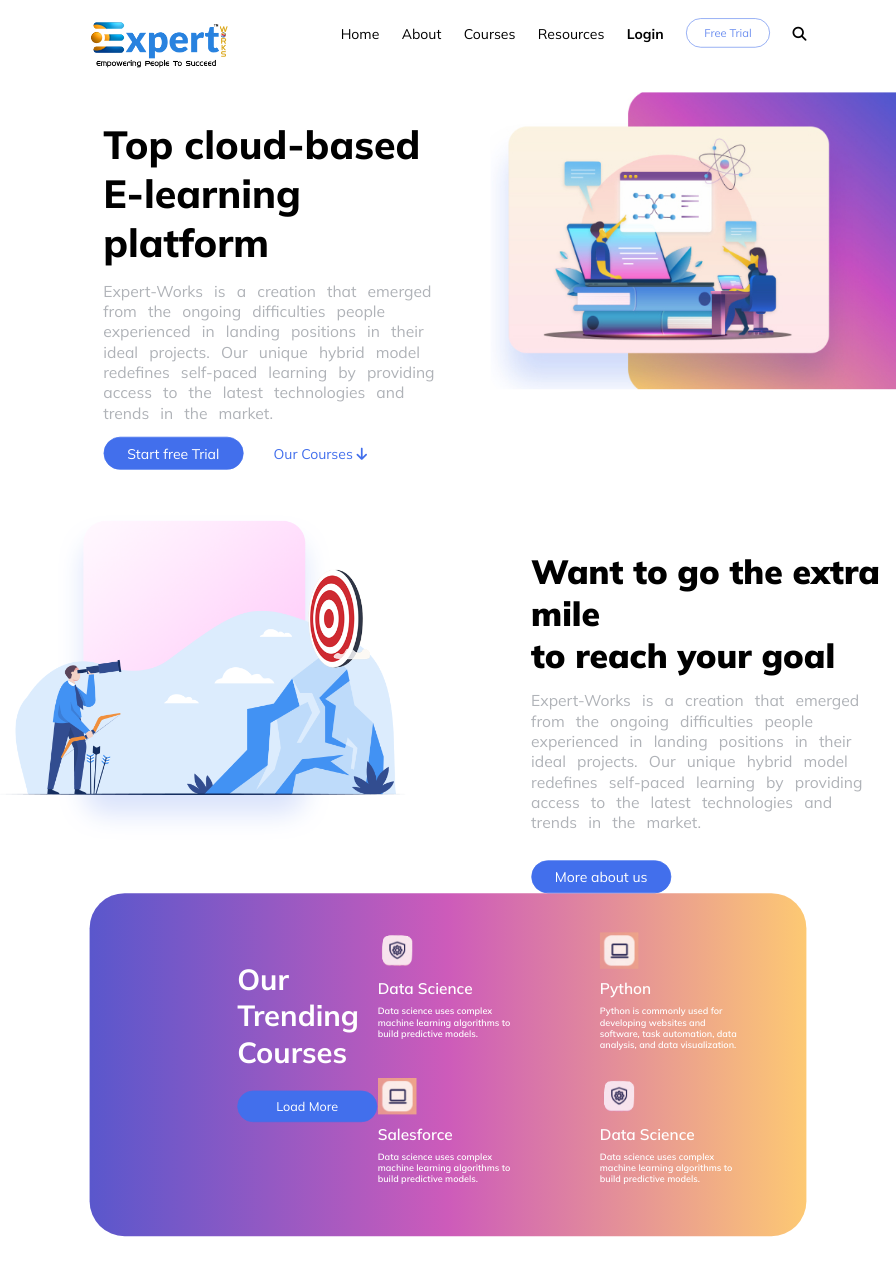
Repository: FlyweisReact/Raghu-B2C
Page: /homePage
The author's editor kept a copy of each file at every save. The page is drawn from the files as they stood at one save, then again after the next save.
The browser window is 1280 px wide. The pictures show the whole page, at 70% of full size.
Some web libraries are served in a nearby version. The project was rebuilt for these pictures with package versions that can differ from the ones it lists, and the page was loaded fresh each time. Also part of the build but not shown: src/Footer/footer.scss, src/Footer/Footer.jsx, src/component/pages/courses/course.scss, src/component/Navbar/nav.scss, src/component/Navbar/Nav.jsx, src/component/navigation/NavItems.js, src/component/navigation/Dropdown.css, src/component/navigation/Dropdown.js and 43 more.

Above is the page before, as saved 2023-02-03 16:24:08.

### public/index.html
<!DOCTYPE html>
<html lang="en">
  <head>
    <meta charset="utf-8" />
    <link rel="icon" href="%PUBLIC_URL%/favicon.ico" />
    <meta name="viewport" content="width=device-width, initial-scale=1" />
    <meta name="theme-color" content="#000000" />
    <meta
      name="description"
      content="Web site created using create-react-app"
    />
    <link rel="apple-touch-icon" href="%PUBLIC_URL%/logo192.png" />
    <link href="https://fonts.googleapis.com/css2?family=Mulish:ital,wght@0,200;0,300;0,400;0,500;0,600;0,700;0,800;0,900;1,200;1,300;1,400;1,500;1,600;1,700;1,800&display=swap" rel="stylesheet">
    <link rel="manifest" href="%PUBLIC_URL%/manifest.json" />
    <title>Educational Web</title>
  </head>
  <body>
    <noscript>You need to enable JavaScript to run this app.</noscript>
    <div id="root"></div>
    <script src="https://kit.fontawesome.com/b533b351e4.js" crossorigin="anonymous"></script>
  </body>
</html>

### src/index.js
/** @format */

import React from "react";
import ReactDOM from "react-dom";
import { BrowserRouter } from "react-router-dom";
import App from "./App";

ReactDOM.render(
  <React.StrictMode>
    <BrowserRouter>
      <App />
    </BrowserRouter>
  </React.StrictMode>,
  document.getElementById("root")
);

### src/App.js
/** @format */

import { Routes, Route } from "react-router-dom";
import "./App.css";
import "./component/common.scss";
import Courses from "./component/pages/courses/Courses";
import Home from "./component/Home";
import Programs from "./component/pages/Programs/Programs";
import Login from "./component/pages/LoginPage/Login";
import CreateAccount from "./component/pages/CreateAccount/CreateAccount";
import UsertakenCourses from "./component/pages/UserTakenCourses/UsertakenCourses";
import ExploreMore from "./component/pages/morecourses/ExploreMore";
import Forgot from "./component/pages/forgotPassword/Forgot";
import OTP from "./component/pages/otp/OTP";
import Reset from "./component/pages/reset/Reset";
import ViewCourses from "./component/pages/viewCourses/ViewCourses";
import SignUpOtp from "./component/pages/signUpOtp/SignUpOtp"
import MyCourse from "./component/pages/Mycourse/MyCourse";
import MyCourseDesc from "./component/pages/Mycourse/MyCourseDesc";
import FreeTrial from "./component/pages/FreeTrial/FreeTrial";
import Subscription from "./component/pages/FreeTrial/Subscription";
import Billing from "./component/pages/FreeTrial/Billing";
import ThankYOu from "./component/pages/FreeTrial/ThankYOu";
import HomePage from "./HomePage";

function App() {
  const user = false;

  return (
    <div className="App">
      <Routes>
        <Route exect path="/" element={<Login />} />
        <Route exect path="/emailVerify" element={<Forgot />} />
        <Route exect path="/otp" element={<OTP />} />
        <Route exect path="/reset" element={<Reset />} />
        <Route exect path="/cources" element={<Courses />} />
        <Route exect path="/viewCourses" element={<ViewCourses />} />
        <Route exect path="/program" element={<Programs />} />
        <Route exect path="/home" element={<Home user={user} />} />
        <Route exect path="/create-acount" element={<CreateAccount />} />
        <Route exect path="/signUpOtp" element={<SignUpOtp />} />
        <Route exect path="/user" element={<UsertakenCourses />} />
        <Route exect path="/explore" element={<ExploreMore />} />
        <Route exect path="/myCourse" element={<MyCourse />} />
        <Route exect path="/myCourse/:id" element={<MyCourseDesc />} />
        <Route  exect path="/trial" element={<FreeTrial />} />
        <Route  exect path="/subscription" element={<Subscription />} />
        <Route  exect path="/billing" element={<Billing />} />
        <Route  exect path="/thank" element={<ThankYOu />} />
        <Route  exect path="/homePage" element={<HomePage />} />





      </Routes>
    </div>
  );
}

export default App;

### src/App.css
*{
  margin: 0;
  padding: 0;
  box-sizing: border-box;
  font-family: 'Mulish', sans-serif;
}
.hello{
  color:#7ABCFF;
color:  #3284D6;
color:  #D1E8FF;

}

### src/component/common.scss
.links{
    text-decoration: none;
    color: #fff;
    overflow-x: hidden;
}

*{
    // overflow-x: hidden;
    scroll-behavior: smooth;
}

### src/HomePage.js
/** @format */

import React from "react";
import "./HomePage.css";
// Images
import img from "./images/logo.png";
import img1 from './images/1st image.png'
import img2 from './images/2nd image.png'
import img3 from './images/Home.png'
import img4 from './images/icon.png'
import img5 from './images/Home (2).png'

const HomePage = () => {
  return (
    <>
      <div className="HomeNewnav">
        <div className="left">
          <img src={img} alt="" />
        </div>
        <div className="right">
          <ul>
            <li>Home</li>
            <li>About </li>
            <li>Courses</li>
            <li>Resources</li>
            <li style={{ fontWeight: "bold" }}>Login</li>
            <button>Free Trial</button>
            <li>
              <i class="fa-solid fa-magnifying-glass"></i>
            </li>
          </ul>
        </div>
      </div>

      <div className="mainSecTwo">
        <div className="left">
          <p className="head">
            Top cloud-based <br /> E-learning platform{" "}
          </p>
          <p className="desc">
            Expert-Works is a creation that emerged from the ongoing
            difficulties people experienced in landing positions in their ideal
            projects. Our unique hybrid model redefines self-paced learning by
            providing access to the latest technologies and trends in the
            market.
          </p>
          <div className="btns">
            <button
              style={{
                backgroundColor: "#426fec",
                color: "#fff",
                width: "200px",
                border: "1px solid #426fec",
                fontSize: "20px",
                borderRadius: "50px",
                padding: "10px",
              }}
            >
              Start free Trial
            </button>
            <button
              style={{
                backgroundColor: "#fff",
                color: "#426fec",
                width: "200px",
                border: "none",
                fontSize: "20px",
                borderRadius: "50px",
                padding: "10px",
              }}
            >
              Our Courses <i class="fa-solid fa-arrow-down"></i>
            </button>
          </div>
        </div>
        <div className="right">
          <img
            src={img3}
            alt=""
          />
        </div>
      </div>

      <div className="mainSecTwo2">
        <div className="left">
          <img
            src={img2}
            alt=""
          />
        </div>
        <div className="right">
          <p className="head">
            Want to go the extra mile <br />
            to reach your goal
          </p>
          <p className="desc">
            Expert-Works is a creation that emerged from the ongoing
            difficulties people experienced in landing positions in their ideal
            projects. Our unique hybrid model redefines self-paced learning by
            providing access to the latest technologies and trends in the
            market.
          </p>
          <div className="btns">
            <button
              style={{
                backgroundColor: "#426fec",
                color: "#fff",
                width: "200px",
                border: "1px solid #426fec",
                fontSize: "20px",
                borderRadius: "50px",
                padding: "10px",
              }}
            >
              More about us
            </button>
          </div>
        </div>
      </div>

      <div className="centerMainDiv">
        <div className="left">
          <p className="head">
            Our <br /> Trending <br /> Courses
          </p>{" "}
          <button
            style={{
              backgroundColor: "#426fec",
              color: "#fff",
              width: "200px",
              border: "1px solid #426fec",
              fontSize: "18px",
              borderRadius: "50px",
              padding: "10px",
              marginTop : '30px'
            }}
          >
           Load More
          </button>
        </div>
        <div className="right">
            <div className="group">
                <div>
                    <img src={img4} alt='' />
                    <p className="head">Data Science</p>
                    <p className="desc">Data science uses complex machine learning algorithms to build predictive models.</p>
                </div>
                <div>
                    <img src={img5} alt='' />
                    <p className="head">Python</p>
                    <p className="desc">Python is commonly used for developing websites and software, task automation, data analysis, and data visualization.</p>
                </div>
            </div>
            <div className="group">
                <div>
                    <img src={img5} alt='' />
                    <p className="head">Salesforce</p>
                    <p className="desc">Data science uses complex machine learning algorithms to build predictive models.</p>
                </div>
                <div>
                    <img src={img4} alt='' />
                    <p className="head">Data Science</p>
                    <p className="desc">Data science uses complex machine learning algorithms to build predictive models.</p>
                </div>
            </div>
        </div>
      </div>
    </>
  );
};

export default HomePage;

### src/HomePage.css
/** @format */

.HomeNewnav {
  display: flex;
  justify-content: space-between;
  width: 80%;
  margin-left: 10%;
  margin-top: 2%;
}
.HomeNewnav .left img {
  width: 200px;
}
.HomeNewnav .right ul {
  display: flex;
  gap: 2rem;
}
.HomeNewnav .right ul li {
  list-style: none;
  font-size: 20px;
  margin-top: 10px;
}
.HomeNewnav .right ul button {
  width: 120px;
  font-size: 16px;
  margin-top: 0;
  border: 1px solid #6e90f0;
  color: #6e90f0;
  background-color: #fff;

  padding: 10px;
  border-radius: 50px;
}
.HomeNewnav .right ul li:hover {
  color: #6e90f0;
  cursor: pointer;
}

.mainSecTwo {
  display: flex;
  margin-top: 2%;
  gap: 2rem;
  justify-content: space-between;
}
.mainSecTwo .left {
  width: 50%;
  margin-left: 7%;
  margin-top: 3%;
}
.mainSecTwo .right {
  width: 50%;
}
.mainSecTwo .right img {
  width: 100%;
}
.mainSecTwo .left .head {
  font-size: 3.5rem;
  font-weight: 800;
  margin-left: 10%;
}
.mainSecTwo .left .desc {
  width: 500px;
  word-spacing: 10px;
  font-size: 1.4rem;
  margin-top: 20px;
  margin-left: 10%;
  color: #b0b3b8;
}
.mainSecTwo .left .btns {
  display: flex;
  gap: 10px;
  margin-left: 10%;
  margin-top: 20px;
}

.mainSecTwo2 {
  display: flex;
  margin-top: 5%;
  gap: 2rem;
  justify-content: space-between;
}
.mainSecTwo2 .right {
  width: 50%;
  margin-top: 4%;
  margin-left: 7%;
}
.mainSecTwo2 .left {
  width: 50%;
}
.mainSecTwo2 .left img {
  width: 100%;
}
.mainSecTwo2 .right .head {
  font-size: 3rem;
  font-weight: 900;
  margin-left: 10%;
}
.mainSecTwo2 .right .desc {
  width: 500px;
  word-spacing: 10px;
  font-size: 1.4rem;
  margin-top: 20px;
  margin-left: 10%;
  color: #b0b3b8;
}
.mainSecTwo2 .right .btns {
  display: flex;
  gap: 10px;
  margin-left: 10%;
  margin-top: 40px;
}

.centerMainDiv {
  width: 80%;
  background-image: linear-gradient(to right, #5a57cc, #cd5bba, #fdc973);
  margin: auto;
  border-radius: 50px;
  padding: 10px;
  display:  flex;
  margin-bottom: 5%;
  justify-content: space-between;
  padding-bottom: 5%;
  padding-top: 2%;
}
.centerMainDiv .left {
    margin-top:7%;
    color: #fff;
    font-size: 2.6rem;
    font-weight: bold;
    margin-left: 20%;
    width: 40%;
}
.centerMainDiv .right{
    width: 60%;
}
.centerMainDiv .right .group{
    display: flex;
    justify-content: flex-end;
    gap: 2rem;
    margin-top: 5%;
}
.centerMainDiv .right .group div{
    width: 300px;
}
.centerMainDiv .right .group div .head{
    color: #fff;
    font-size: 22px;
    margin-top: 10px;
    margin-bottom: 10px;
    font-weight: 600;
}
.centerMainDiv .right .group div .desc{
    color: #fff;
    font-size: 13px;
    max-width: 200px;
    margin-top: 10px;
    margin-bottom: 10px;
    font-weight: 600;
}

Loaded but not shown: src/component/pages/viewCourses/viewCourses.css (no stored copy; drawn as an empty file)

After the next save:
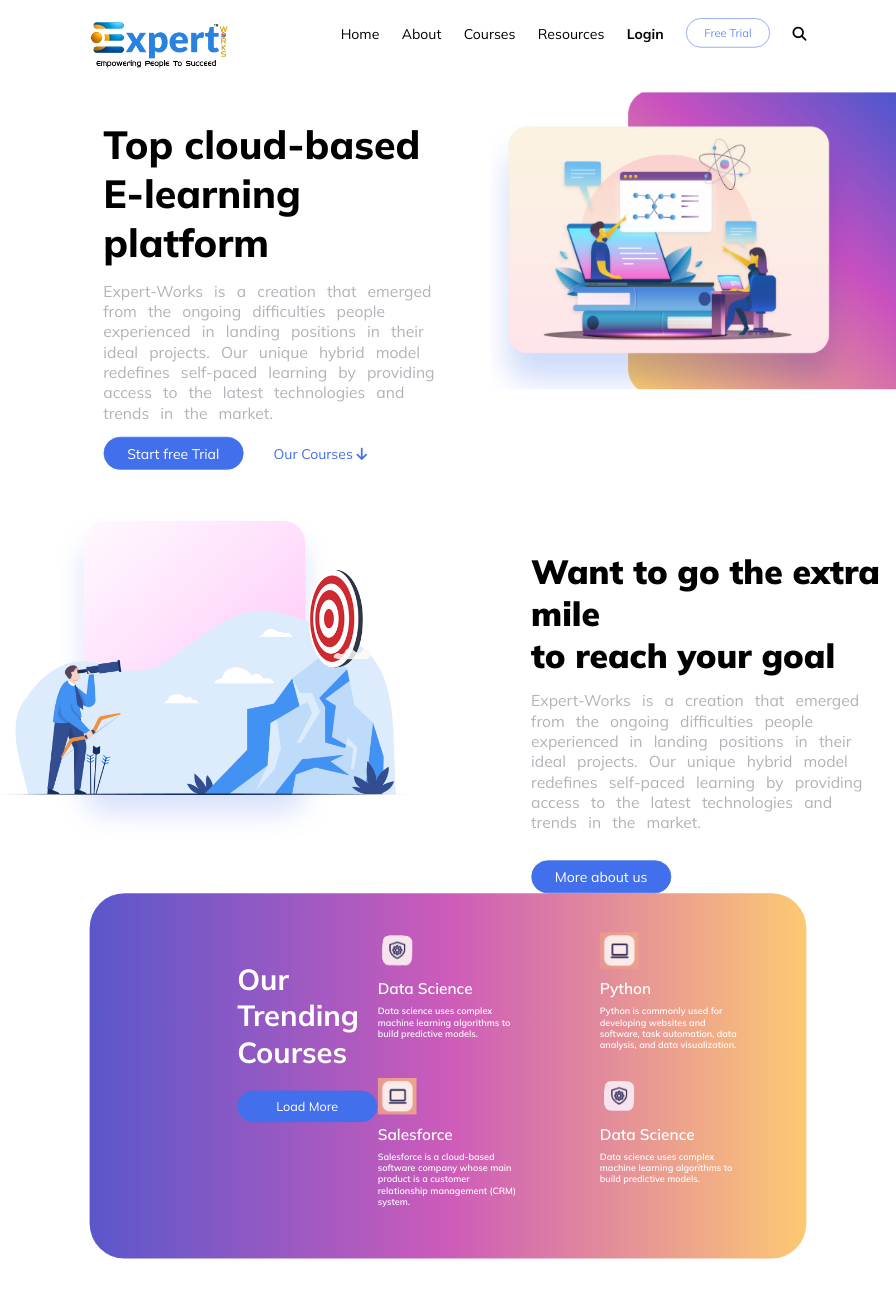
Saved 6 s later.
--- a/src/HomePage.js
+++ b/src/HomePage.js
@@ -155,7 +155,7 @@ const HomePage = () => {
                 <div>
                     <img src={img5} alt='' />
                     <p className="head">Salesforce</p>
-                    <p className="desc">Data science uses complex machine learning algorithms to build predictive models.</p>
+                    <p className="desc">Salesforce is a cloud-based software company whose main product is a customer relationship management (CRM) system.</p>
                 </div>
                 <div>
                     <img src={img4} alt='' />
